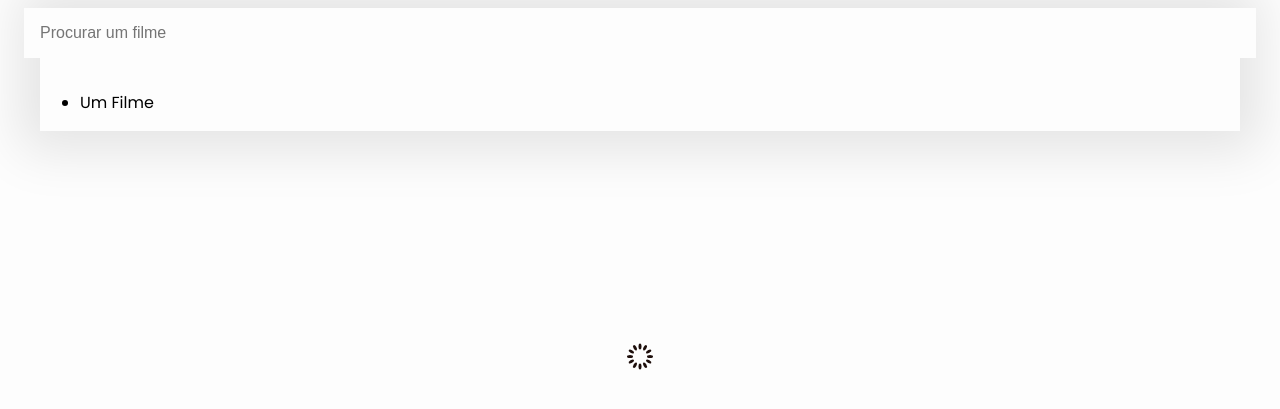
Repository: giordanobraz/agenda-edu-challenge
Page: /
The author's editor kept a copy of each file at every save. The page is drawn from the files as they stood at one save, then again after the next save.
The browser window is 1280 px wide. The pictures show the whole page.
The page's requests for data from a server got no answer. The project was rebuilt for these pictures with package versions that can differ from the ones it lists, and the page was loaded fresh each time. No one was signed in, and anything a server would have sent is missing. Also part of the build but not shown: src/components/List/MovieList.scss, src/components/Details/Details.scss, src/components/Details/Details.js, src/pages/Details/index.js.

Above is the page before, as saved 2022-05-13 16:48:31.

After the next save:
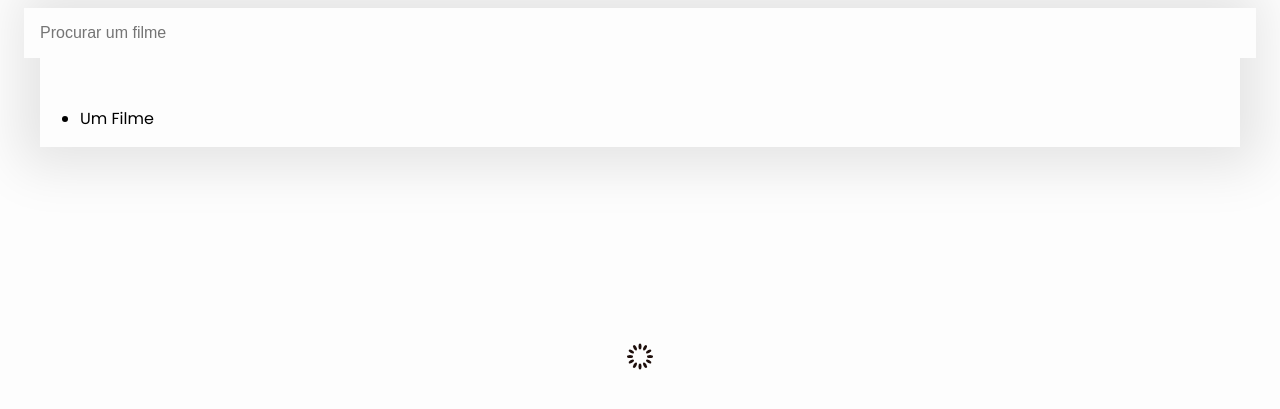
Saved 6 s later.
--- a/src/components/Search/SearchBar.scss
+++ b/src/components/Search/SearchBar.scss
@@ -32,6 +32,6 @@
 
   .search-bar-items {
     width: 100%;
-    margin-top: 1rem;
+    margin-top: 2rem;
   }
 }
